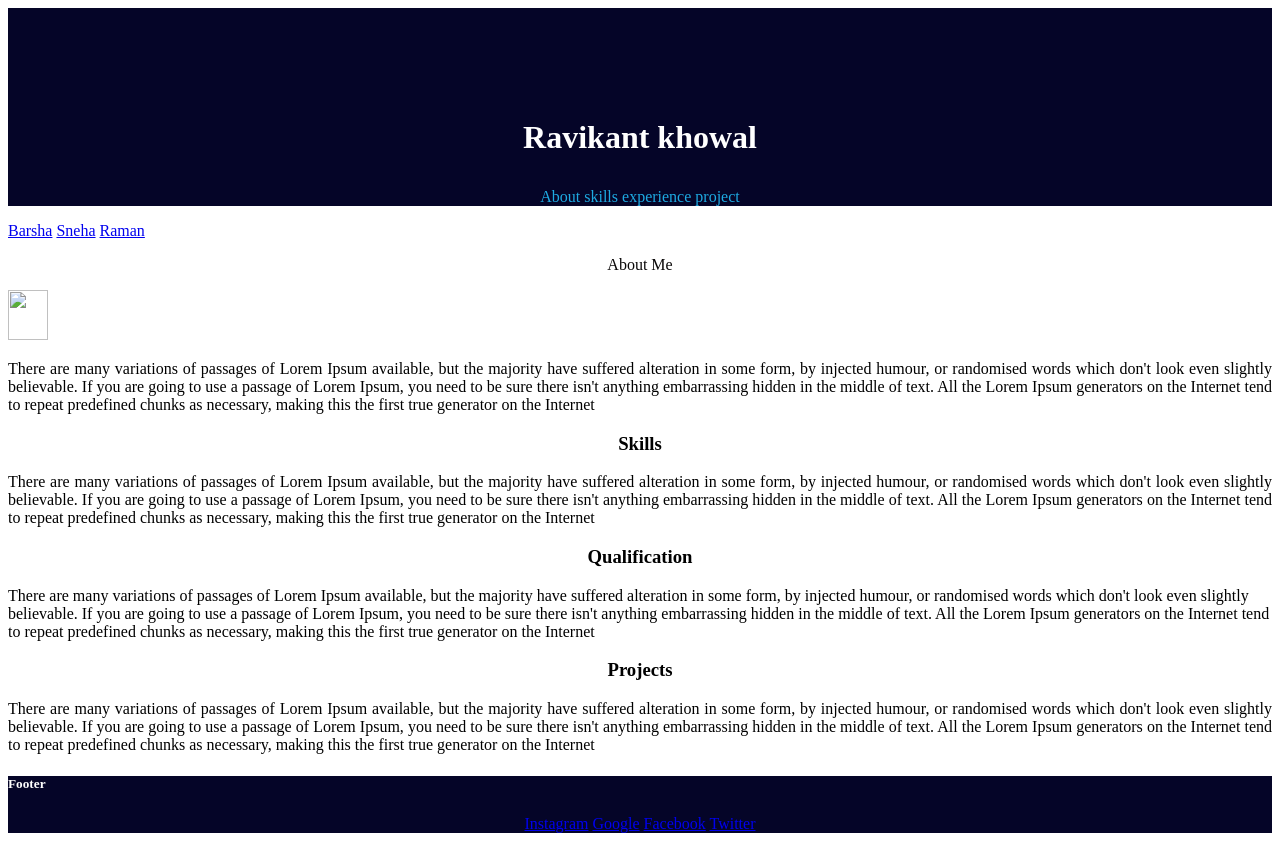
Repository: nir-github01/Html
Page: assign1.html
An editor plug-in stored every save of this project. The page is shown before and after the next save, followed by the edit.
The browser window is 1280 px wide. The pictures show the whole page.

Above is the page before, as saved 2022-09-19 20:14:53.

After the next save:
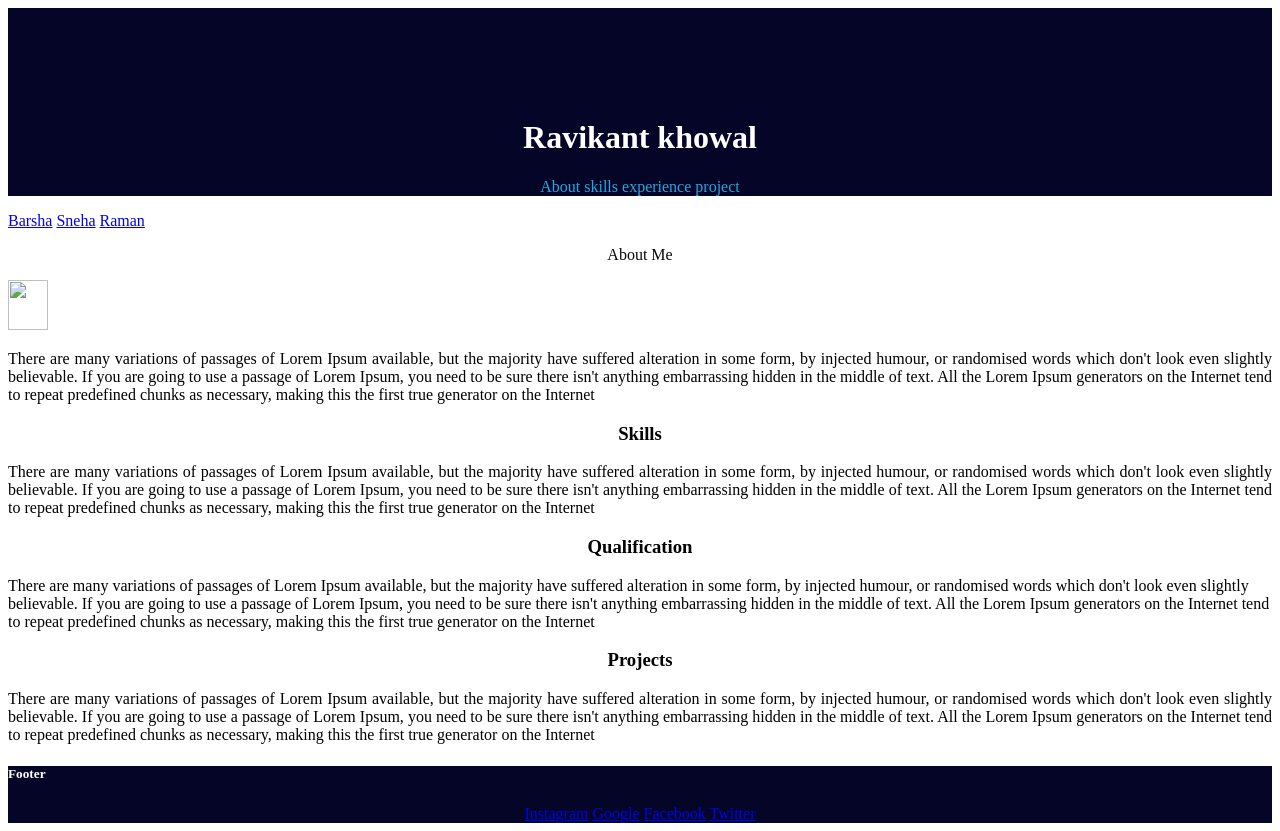
Saved 14 s later.
--- a/assign1.html
+++ b/assign1.html
@@ -47,7 +47,7 @@
 <body>
     <head>
         <div class="heading">
-            <h1 style="padding: 10px;">Ravikant khowal</h1>
+            <h1 style="padding-top: 10px;">Ravikant khowal</h1>
             <p style="color:rgb(30, 170, 226)">About skills experience project</p>
         </div>
 
